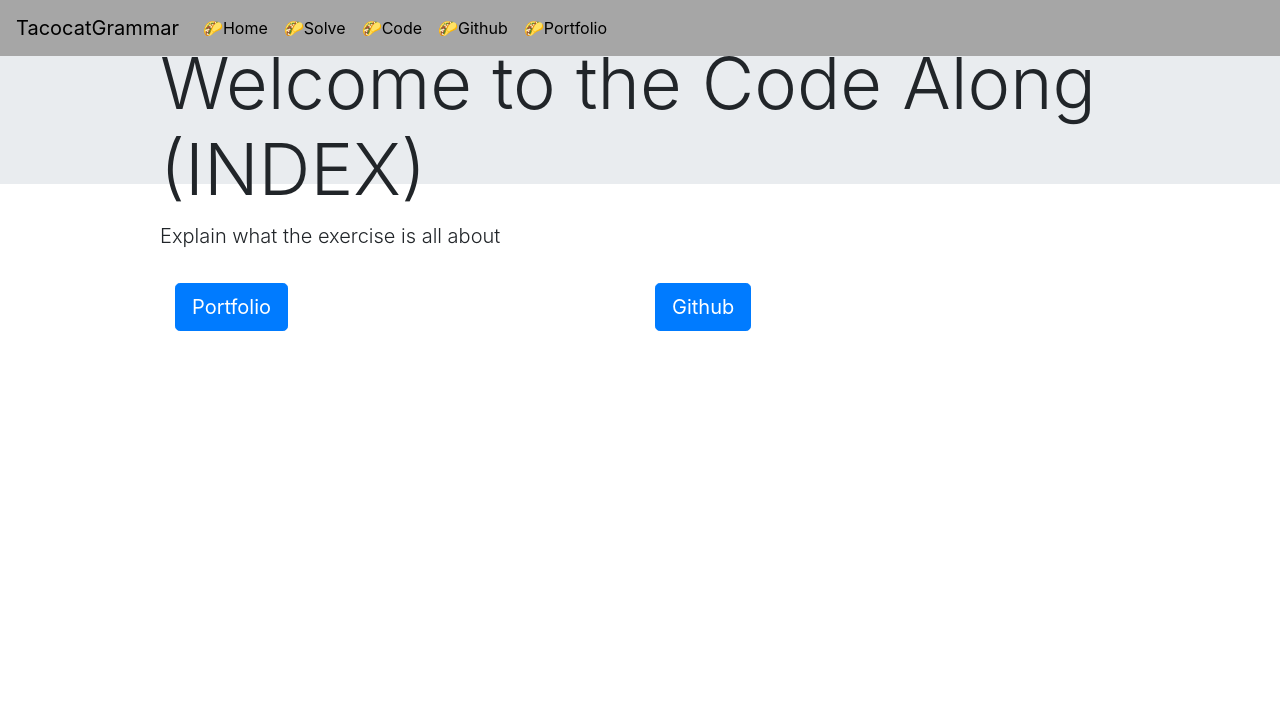
Repository: zhadjah9559/TacocatGrammar
Page: index.html
An editor plug-in stored every save of this project. The page is shown before and after the next save, followed by the edit.
The browser window is 1280 px wide. The pictures show the whole page.

Above is the page before, as saved 2021-01-14 20:07:22.

### index.html
<!doctype html>
<html lang="en">
  <head>
    <title>Index</title>
    <!-- Required meta tags -->
    <meta charset="utf-8">
    <meta name="viewport" content="width=device-width, initial-scale=1, shrink-to-fit=no">

    <!-- Bootstrap CSS -->
    <link rel="stylesheet" href="https://stackpath.bootstrapcdn.com/bootstrap/4.3.1/css/bootstrap.min.css" integrity="sha384-ggOyR0iXCbMQv3Xipma34MD+dH/1fQ784/j6cY/iJTQUOhcWr7x9JvoRxT2MZw1T" crossorigin="anonymous">
    <link rel="stylesheet" href="css/custom.css">
    <link rel="stylesheet" href="css/prism.css">
  </head>
  <body>

    <nav class="navbar navbar-expand-sm navbar-dark" style="background-color:  #A6A6A6">
        <a class="navbar-brand" href="#">TacocatGrammar</a>
        <button class="navbar-toggler d-lg-none" type="button" data-toggle="collapse" data-target="#collapsibleNavId" aria-controls="collapsibleNavId"
            aria-expanded="false" aria-label="Toggle navigation"></button>
        <div class="collapse navbar-collapse" id="collapsibleNavId">
            <ul class="navbar-nav mr-auto mt-2 mt-lg-0">
                <li class="nav-item active">
                    <a class="nav-link" href="index.html">🌮Home <span class="sr-only">(current)</span></a>
                </li>
                <li class="nav-item">
                    <a class="nav-link" href="solve.html">🌮Solve </a>
                </li>
                <li class="nav-item">
                    <a class="nav-link" href="code.html">🌮Code </a>
                </li>
                <li class="nav-item">
                    <a class="nav-link" target="_blank" href="https://github.com/zhadjah9559/SunsetHills">🌮Github</a>
                </li>
                <li class="nav-item">
                    <a class="nav-link" target="_blank" href="https://www.zacharyhadjah.netlify.app">🌮Portfolio</a>
                </li>
            </ul>
        </div>
    </nav>


    <div class="jumbotron jumbotron-fluid">
        <div class="container mt">
            <div class="row">
                <h1 class="display-3">Welcome to the Code Along (INDEX)</h1>
                <p class="lead">Explain what the exercise is all about</p>
                <hr class="my-2">
            </div>

            <div class="row justify-content-center mt-3">
                <div class="col">
                    <a class="btn btn-primary btn-lg" target="_blank" href="https://zacharyhadjah.netlify.app/" role="button">Portfolio</a>
                </div>
                <div class="col">
                    <a class="btn btn-primary btn-lg" target="_blank" href="https://github.com/zhadjah9559" role="button">Github</a>
                </div>
            </div>
        </div>
        </div>


    </div>



    <!-- Optional JavaScript -->
    <!-- jQuery first, then Popper.js, then Bootstrap JS -->
    <script src="https://code.jquery.com/jquery-3.3.1.slim.min.js" integrity="sha384-q8i/X+965DzO0rT7abK41JStQIAqVgRVzpbzo5smXKp4YfRvH+8abtTE1Pi6jizo" crossorigin="anonymous"></script>
    <script src="https://cdnjs.cloudflare.com/ajax/libs/popper.js/1.14.7/umd/popper.min.js" integrity="sha384-UO2eT0CpHqdSJQ6hJty5KVphtPhzWj9WO1clHTMGa3JDZwrnQq4sF86dIHNDz0W1" crossorigin="anonymous"></script>
    <script src="https://stackpath.bootstrapcdn.com/bootstrap/4.3.1/js/bootstrap.min.js" integrity="sha384-JjSmVgyd0p3pXB1rRibZUAYoIIy6OrQ6VrjIEaFf/nJGzIxFDsf4x0xIM+B07jRM" crossorigin="anonymous"></script>
  </body>
</html>

### css/custom.css
.navbar-dark .navbar-nav .active>.nav-link{
    color:black;
}
.navbar-dark .navbar-nav .nav-link{
    color:black;
}
.navbar .navbar-brand{
    color:black;
}

.navbar-dark .navbar-nav .nav-link{
    color:black;
}

.container {
    width:960px;
    height:640px;
    position:absolute;
    top:50%;
    left:50%;
    margin-top:-320px;
    margin-left:-480px;
}

### css/prism.css
/* PrismJS 1.23.0
https://prismjs.com/download.html#themes=prism-okaidia&languages=markup+css+clike+javascript&plugins=normalize-whitespace */
/**
 * okaidia theme for JavaScript, CSS and HTML
 * Loosely based on Monokai textmate theme by http://www.monokai.nl/
 * @author ocodia
 */

code[class*="language-"],
pre[class*="language-"] {
	color: #f8f8f2;
	background: none;
	text-shadow: 0 1px rgba(0, 0, 0, 0.3);
	font-family: Consolas, Monaco, 'Andale Mono', 'Ubuntu Mono', monospace;
	font-size: 1em;
	text-align: left;
	white-space: pre;
	word-spacing: normal;
	word-break: normal;
	word-wrap: normal;
	line-height: 1.5;

	-moz-tab-size: 4;
	-o-tab-size: 4;
	tab-size: 4;

	-webkit-hyphens: none;
	-moz-hyphens: none;
	-ms-hyphens: none;
	hyphens: none;
}

/* Code blocks */
pre[class*="language-"] {
	padding: 1em;
	margin: .5em 0;
	overflow: auto;
	border-radius: 0.3em;
}

:not(pre) > code[class*="language-"],
pre[class*="language-"] {
	background: #272822;
}

/* Inline code */
:not(pre) > code[class*="language-"] {
	padding: .1em;
	border-radius: .3em;
	white-space: normal;
}

.token.comment,
.token.prolog,
.token.doctype,
.token.cdata {
	color: #8292a2;
}

.token.punctuation {
	color: #f8f8f2;
}

.token.namespace {
	opacity: .7;
}

.token.property,
.token.tag,
.token.constant,
.token.symbol,
.token.deleted {
	color: #f92672;
}

.token.boolean,
.token.number {
	color: #ae81ff;
}

.token.selector,
.token.attr-name,
.token.string,
.token.char,
.token.builtin,
.token.inserted {
	color: #a6e22e;
}

.token.operator,
.token.entity,
.token.url,
.language-css .token.string,
.style .token.string,
.token.variable {
	color: #f8f8f2;
}

.token.atrule,
.token.attr-value,
.token.function,
.token.class-name {
	color: #e6db74;
}

.token.keyword {
	color: #66d9ef;
}

.token.regex,
.token.important {
	color: #fd971f;
}

.token.important,
.token.bold {
	font-weight: bold;
}
.token.italic {
	font-style: italic;
}

.token.entity {
	cursor: help;
}

After the next save:
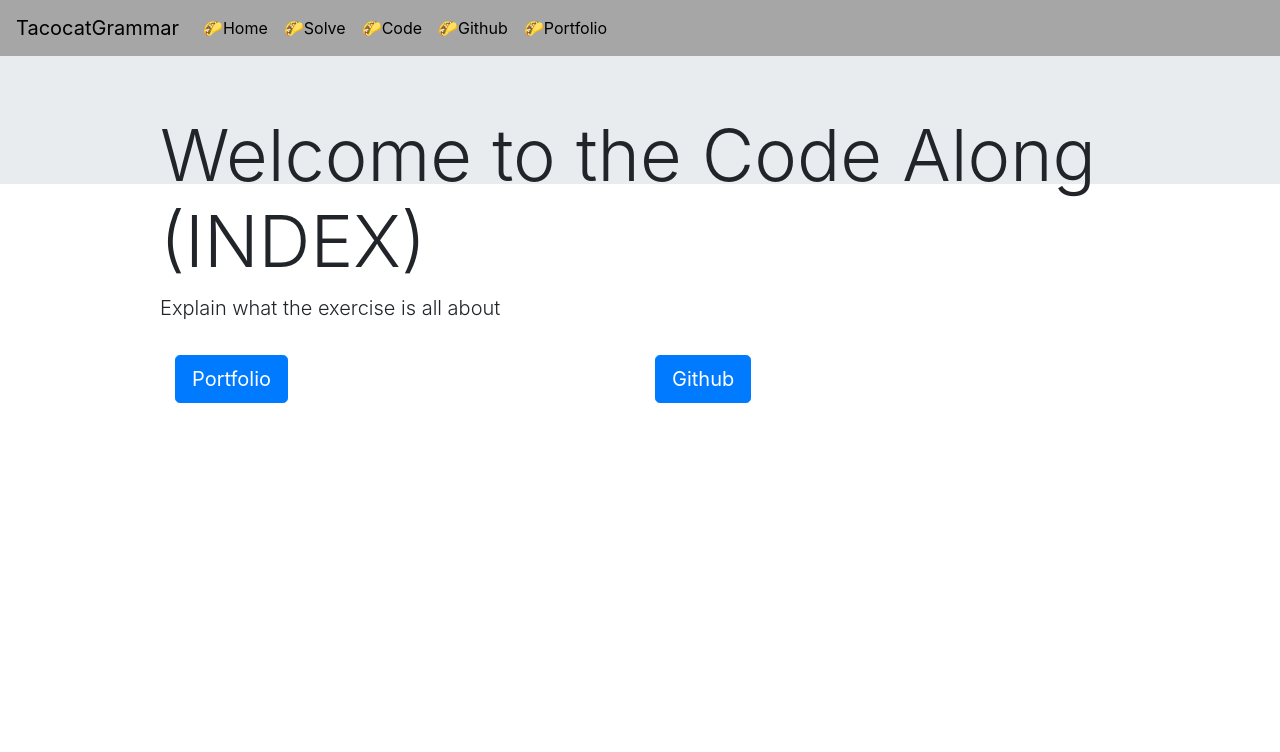
Saved 17 s later.
--- a/css/custom.css
+++ b/css/custom.css
@@ -16,7 +16,7 @@
     width:960px;
     height:640px;
     position:absolute;
-    top:50%;
+    top:60%;
     left:50%;
     margin-top:-320px;
     margin-left:-480px;
